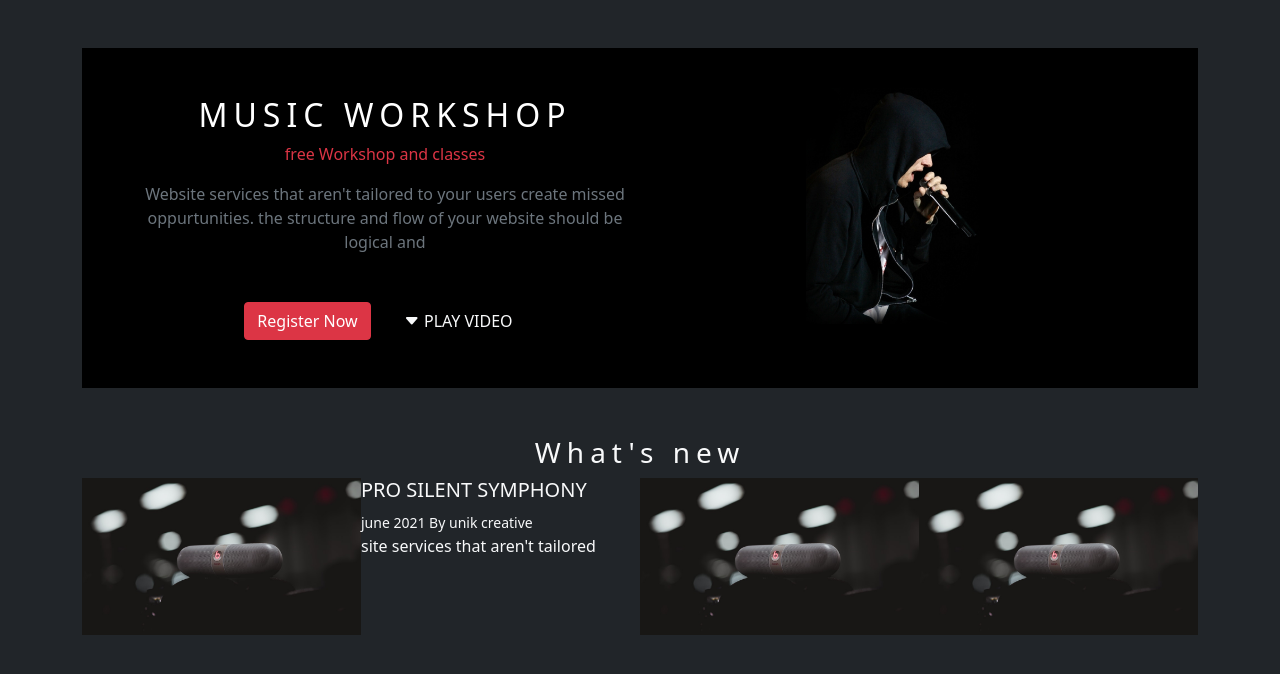
Repository: Eugene44-hub/music-workshop-site
Page: index.html
An editor plug-in stored every save of this project. The page is shown before and after the next save, followed by the edit.
The browser window is 1280 px wide. The pictures show the whole page.
Some web libraries are served in a nearby version.

Above is the page before, as saved 2021-10-22 16:57:38.

After the next save:
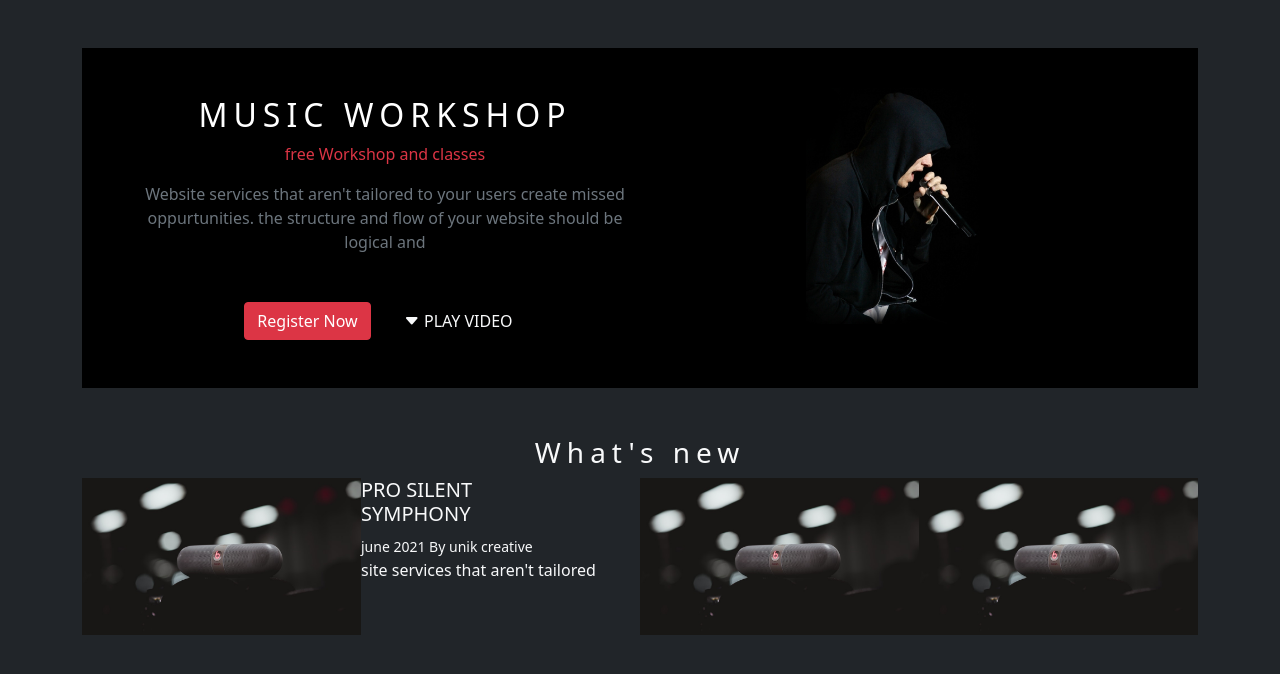
Saved 6 s later.
--- a/index.html
+++ b/index.html
@@ -44,7 +44,7 @@
                 </div>
                 <div class="col-md">
                     <h4 class="lead">
-                        PRO SILENT SYMPHONY
+                        PRO SILENT <br> SYMPHONY
                     </h4>
                     <small>june 2021 By unik creative</small>
                     <p>site services that aren't tailored</p>
